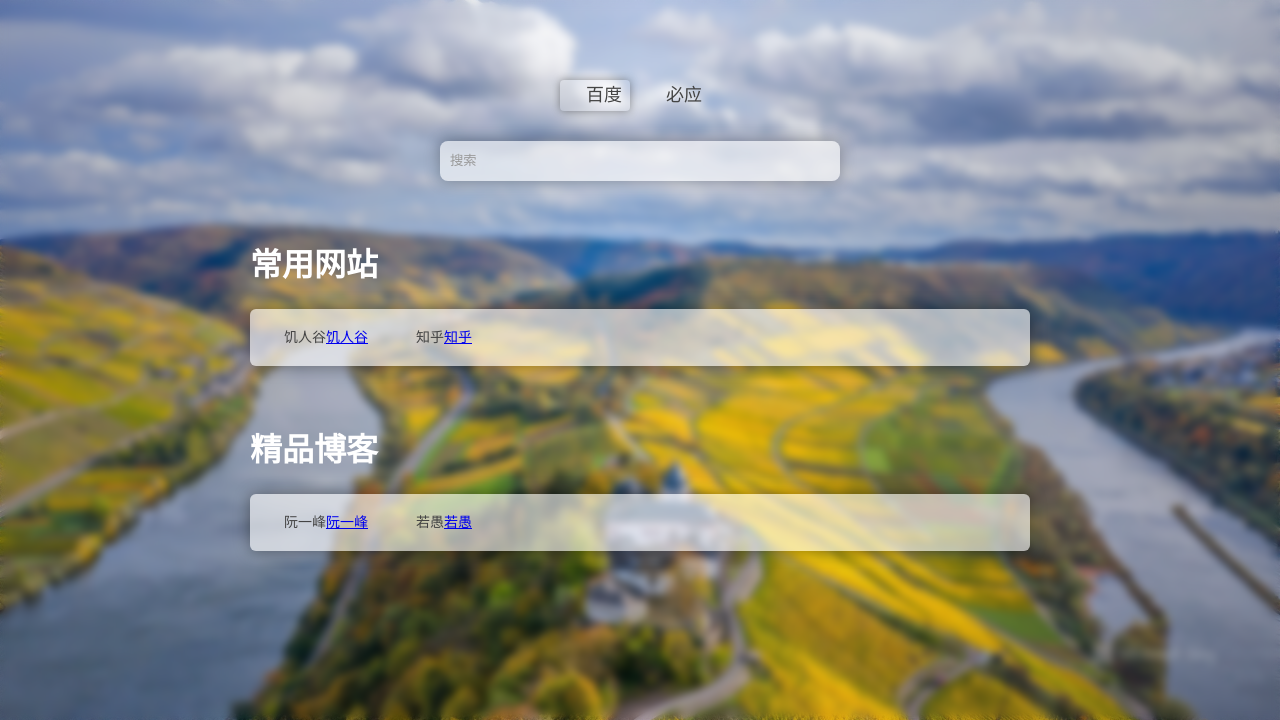
Repository: zkhiscool/PersonPage
Page: index.html
These files come from the project's save history. The page is drawn as it stood at one moment and after the next save; the edit follows.
The browser window is 1280 px wide. The pictures show the whole page.

Above is the page before, as saved 2023-07-19 10:51:49.

### index.html
<!DOCTYPE html>
<html lang="en">

<head>
    <meta charset="UTF-8">
    <meta name="viewport" content="width=device-width, initial-scale=1.0">
    <title>Document</title>
    <script src="//at.alicdn.com/t/c/font_4154315_rbz2c3ka0md.js"></script>
    <link rel="stylesheet" href="css/style.css">
</head>

<body>
    <div id="page">
        <section id="search">
            <div class="search-type">
                <div data-type="baidu" class="search-tab tab-baidu active">
                    <svg class="icon" aria-hidden="true">
                        <use xlink:href="#icon-baidu"></use>
                    </svg>百度
                </div>
                <div data-type="bing" class="search-tab tab-bing">
                    <svg class="icon" aria-hidden="true">
                        <use xlink:href="#icon-weiruan"></use>
                    </svg>必应
                </div>
            </div>
            <div class="search-input input">
                <input type="text" placeholder="搜索">
                <svg class="icon icon-search" aria-hidden="true">
                    <use xlink:href="#icon-search"></use>
                </svg>
            </div>
        </section>
        <section id="websites">
            <ul class="list">
                <li class="item">
                    <h2>常用网站</h2>
                    <ul class="panel">
                        <li class="tag ">百度</li>
                        <li class="tag ">知乎</li>
                    </ul>
                </li>
            </ul>

        </section>

    </div>
    <script src="js/main.js"></script>
    <script>
        //百度 = 'https://www.baidu.com/s?wd=' + '饥人谷'
        //bing= https://cn.bing.com/search?q=' + '饥人谷'
    </script>
</body>

</html>

### css/style.css
* {
    margin: 0;
    padding: 0;
    box-sizing: border-box;
}

ul,
li {
    list-style: none;
}

body {
    /* 字体大小14，行高1.5 */
    font: 14px/1.5 Arial, Helvetica, sans-serif;
    color: #444;
    background: linear-gradient(to right, rgba(0, 0, 0, 0.2), rgba(0, 0, 0, 0), rgba(0, 0, 0, 0.2)),
        url(../images/2.jpg)center center no-repeat;
    background-size: cover;
    /* 窗口的高度 */
    min-height: 100vh;
    /* 背景色模糊 */
    padding-bottom: 60px;
    backdrop-filter: blur(4px);
}

/* 图标库默认样式 */
.icon {
    width: 1em;
    height: 1em;
    vertical-align: -0.15em;
    fill: currentColor;
    overflow: hidden;
}

#page {
    max-width: 820px;
    margin: 0 auto;
    padding: 20px;
    /* overflow: hidden; */
}

#search {
    display: flex;
    flex-direction: column;
    align-items: center;
    margin-top: 60px;

}

.search-type {
    display: flex;
}

.search-tab {
    padding: 2px 8px;
    margin-right: 10px;
    border-radius: 4px;
    font-size: 18px;
    cursor: pointer;
}

.search-tab.active {
    box-shadow: 0 0 8px rgba(0, 0, 0, 0.4);
}

.search-input {
    position: relative;
    margin-top: 30px;
    border-radius: 8px;
    overflow: hidden;
    background-color: rgba(255, 255, 255, 0.6);
    box-shadow: 0 0 16px 0 rgba(0, 0, 0, 0.3);
}

.search-input .icon {
    position: absolute;
    right: 6px;
    top: 50%;
    transform: translateY(-50%);
    z-index: 1;
    width: 30px;
    height: 20px;
    cursor: pointer;
}

.search-input>input {
    width: 400px;
    padding: 0 30px 0 10px;
    line-height: 40px;
    border: none;
    outline: none;
    color: #666;
    background-color: transparent;
    transition: all .3s;
}

/* .search-input>input:focus {
    width: 780px;
} */

.search-input>input::placeholder {
    color: #999;
}

#websites .item {
    margin-top: 60px;

}

#websites .list h2 {
    color: #fff;
    font-size: 32px;
}

#websites .panel {
    display: flex;
    flex-wrap: wrap;
    background-color: rgba(255, 255, 255, 0.6);
    border-radius: 6px;
    padding: 10px;
    margin-top: 20px;
    box-shadow: 0 0 16px 0 rgba(0, 0, 0, 0.4);
}

#websites .tag {
    border-radius: 4px;
    padding: 4px 16px;
    margin: 4px 8px;

}

.color-1 {
    background-color: lightblue;
}

.color-2 {
    background-color: lightcyan;
}

.color-3 {
    background-color: lightgreen;
}

.color-4 {
    background-color: lightgray;
}

### js/main.js
const $ = s => document.querySelector(s)
const $$ = s => document.querySelectorAll(s)
const searchMap = {
    'baidu': 'https://www.baidu.com/s?wd=',
    'bing': 'https://cn.bing.com/search?q='
}
let searchType = 'baidu'
//切换浏览器的样式
$$('.search-tab').forEach($tab => {
    $tab.onclick = function () {
        // 给每个搜索去掉class
        $$('.search-tab').forEach($tab => $tab.classList.remove('active'))
        this.classList.add('active')
        // data-xxx这种带 “-”的自定义属性，有默认dataset方法
        searchType = this.dataset.type
    }
});

//监听键盘按下
document.onkeyup = function (e) {
    if (e.key === 'Enter') {
        search()
    }
}

$('.icon-search').onclick = search

// 封装搜索
function search() {
    let url = searchMap[searchType] + $('.search-input input').value
    const $link = document.createElement('a')
    $link.setAttribute('href', url)
    $link.setAttribute('target', '_blank')
    $link.click()
}

const data = [
    {
        title: '常用网站',
        data: [
            {
                name: '饥人谷',
                url: 'https://jirengu.com'
            },
            {
                name: '知乎',
                url: 'https://zhihu.com'
            },
        ]
    },
    {
        title: '精品博客',
        data: [
            {
                name: '阮一峰',
                url: 'https://javascript.ruanyifeng.com'
            },
            {
                name: '若愚',
                url: 'https://zhuanlan.zhihu.com/study-fe'
            },
        ]
    },
]
/*
    <li class="item">
        <h2>常用网站</h2>
        <ul class="panel">
            <li class="tag color-1"><a href="" target="_blank"></a>百度</li>
            <li class="tag color-2"><a href="" target="_blank"></a>知乎</li>
        </ul>
    </li>
 */
const $itemArr = data.map(obj => {
    const $item = document.createElement('li')
    $item.classList.add('item')
    const $h2 = document.createElement('h2')
    $h2.append(obj.title)
    const $ul = document.createElement('ul')
    $ul.classList.add('panel')
    let $liArray = obj.data.map(item => {
        const $tag = document.createElement('li')
        $tag.classList.add('tag')
        $tag.append(item.name)
        const $a = document.createElement('a')
        $a.setAttribute('href', item.url)
        $a.setAttribute('target', '_blank')
        $a.append(item.name)
        $tag.append($a)
        return $tag
    })
    $ul.append(...$liArray)
    $item.append($h2, $ul)
    return $item
})
console.log($itemArr);

$('#websites .list').innerHTML = ''
$('#websites .list').append(...$itemArr)

After the next save:
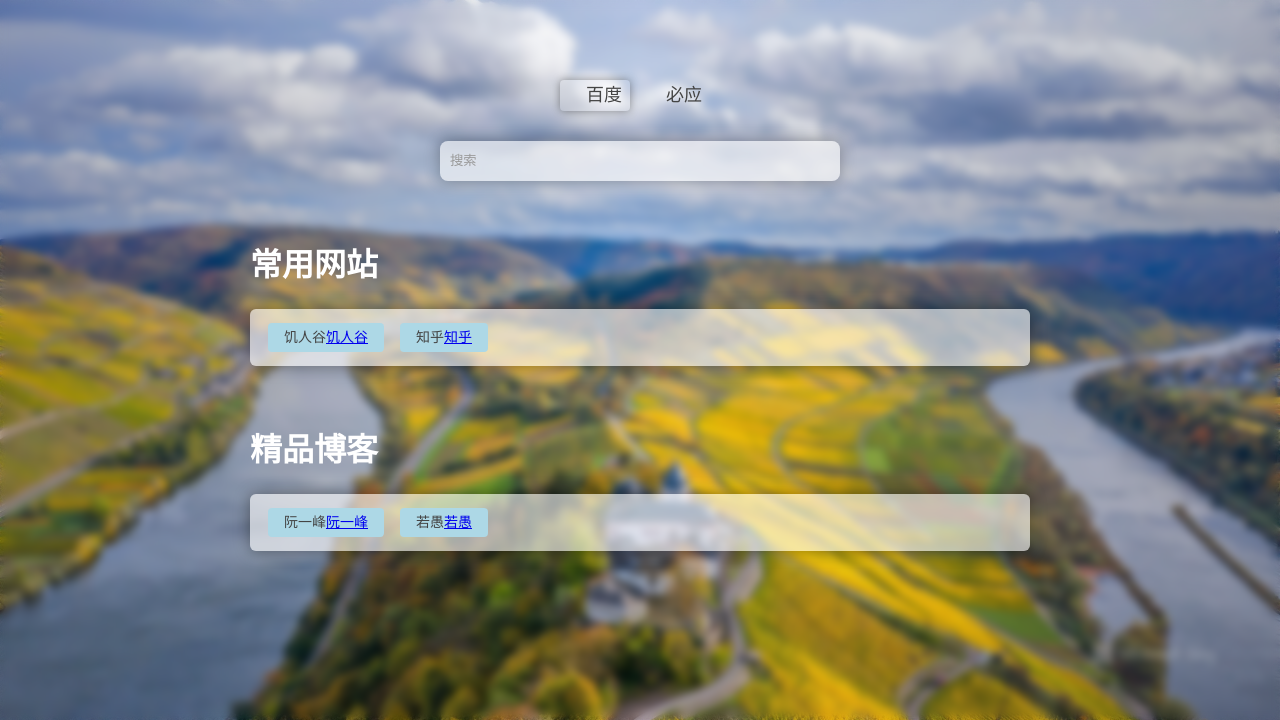
Saved 35 s later.
--- a/css/style.css
+++ b/css/style.css
@@ -126,6 +126,7 @@ body {
     border-radius: 4px;
     padding: 4px 16px;
     margin: 4px 8px;
+    background-color: lightblue;
 
 }
 
